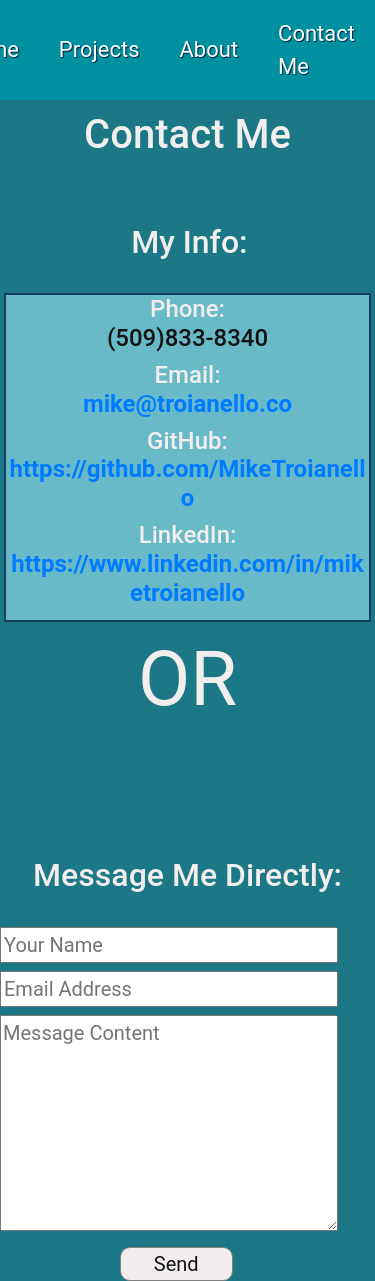
Repository: MikeTroianello/troianello
Page: /contact
These files come from the project's save history. The page is drawn as it stood at one moment and after the next save; the edit follows.
The browser window is 375 px wide. The pictures show the whole page.
The project was rebuilt for these pictures with package versions that can differ from the ones it lists, and the page was loaded fresh each time. Also part of the build but not shown: src/components/context-sensitive/Greet.js, src/components/locations/Home.js, src/components/locations/About/About.css, src/components/locations/About/AboutMobile.css, src/components/locations/About/About.js, src/components/cards/RainbowDay.js, src/components/cards/CanvasBubbles.js, src/components/cards/projectCard.css and 4 more.

Above is the page before, as saved 2019-08-02 18:19:56.

### public/index.html
<!DOCTYPE html>
<html lang="en">
  <head>
    <meta charset="utf-8" />
    <link rel="shortcut icon" href="%PUBLIC_URL%/favicon.ico" />
    <meta name="viewport" content="width=device-width, initial-scale=1" />
    <meta name="theme-color" content="#000000" />
    <!--
      manifest.json provides metadata used when your web app is installed on a
      user's mobile device or desktop. See https://developers.google.com/web/fundamentals/web-app-manifest/
    -->
    <link rel="manifest" href="%PUBLIC_URL%/manifest.json" />
    <!--
      Notice the use of %PUBLIC_URL% in the tags above.
      It will be replaced with the URL of the `public` folder during the build.
      Only files inside the `public` folder can be referenced from the HTML.

      Unlike "/favicon.ico" or "favicon.ico", "%PUBLIC_URL%/favicon.ico" will
      work correctly both with client-side routing and a non-root public URL.
      Learn how to configure a non-root public URL by running `npm run build`.
    -->
    <title>MIKE TROIANELLO</title>
  </head>
  <body>
    <noscript>You need to enable JavaScript to run this app.</noscript>
    <div id="root"></div>
  </body>
</html>

### src/App.js
import React, { Component } from 'react';
import { BrowserRouter as Router, Route, Switch } from 'react-router-dom';
import Header from './components/Header';
import Home from './components/locations/Home';
import About from './components/locations/About/About';
import Projects from './components/locations/Projects';
import Contact from './components/locations/Contact/Contact';
import NotFound from './components/locations/NotFound';
import Greet from './components/context-sensitive/Greet.js';
import './App.css';

class App extends Component {
  // state = {
  //   header: '',
  //   hours: new Date().getHours()
  // };

  // componentDidMount() {
  //   window.addEventListener('scroll', this.handleScroll);
  // }

  // componentWillUnmount() {
  //   window.removeEventListener('scroll', this.handleScroll);
  // }

  // handleScroll = event => {
  //   let scrollTop = event.srcElement.body.scrollTop;
  //   console.log(window.scrollY);
  //   // if(window.scrollY > 200 && this.state.header) {
  //   if (window.scrollY < 88) {
  //     this.setState({ header: '' });
  //     console.log(this.state.header);
  //   }
  //   if (window.scrollY > 88 && window.scrollY < 502) {
  //     this.setState({ header: <Greet classname='header-greet' /> });
  //     console.log(this.state.header);
  //   }
  //   if (window.scrollY > 503 && window.scrollY < 1266) {
  //     this.setState({ header: 'My Projects' });
  //     console.log(this.state.header);
  //   }
  //   if (window.scrollY > 1267) {
  //     this.setState({ header: 'About Me' });
  //     console.log(this.state.header);
  //   }
  // };

  render() {
    return (
      <div className='App'>
        <Router>
          {/* <Header showHeader={this.state.header} /> */}
          <Header />
          <div>
            <Switch>
              <Route exact path='/' component={Home} />
              <Route exact path='/about' component={About} />
              <Route exact path='/projects' component={Projects} />
              <Route exact path='/contact' component={Contact} />
              <Route component={NotFound} />
            </Switch>
          </div>
        </Router>
      </div>
    );
  }
}

export default App;

### src/components/Header.js
import React, { Component } from 'react';
import { Link } from 'react-router-dom';
import Greet from '../components/context-sensitive/Greet.js';

export default class Header extends Component {
  render() {
    // let headerClass = this.props.showHeader ? 'header' : 'header transition';
    // if(this.props.showHeader == "time"){
    //   this.props.showHeader = <Greet/>
    // }
    /* <div className={headerClass}> */
    return (
      <div className='header'>
        <div className='links'>
          {/* <div className='logo'>
            <Link to='/'>Mt</Link>
          </div> */}
          <Link to='/' className='logo-2'>
            <h1 className='mt-logo'>Mt</h1>
          </Link>
          <div>{this.props.showHeader}</div>

          <div className='individual-link'>
            <Link to='/'>Home</Link>
          </div>
          <div className='individual-link'>
            <Link to='/projects'>Projects</Link>
          </div>
          <div className='individual-link'>
            <Link to='/about'>About</Link>
          </div>
          <div className='individual-link test'>
            <Link to='/contact'>Contact Me</Link>
          </div>
        </div>
      </div>
    );
  }
}

### src/components/locations/Contact/Contact.js
import React from 'react';
import './Contact.css';
import './ContactMobile.css';

export default function Contact() {
  return (
    <div className='contact-page'>
      <h1 className='contact-center'>Contact Me</h1>
      <div className='row'>
        <div className='col-sm-5 contact-side-one'>
          <h2 className='contact-center-one'>My Info:</h2>
          <div className='contact-side-one-box'>
            <h3>
              Phone:
              <br />
              <span className='contact-number'>(509)833-8340</span>
            </h3>
            <h3>
              <h3>
                Email:
                <br />
                <strong>
                  <a
                    href='mailto:mike@troianello.co'
                    target='_blank'
                    rel='noopener noreferrer'
                  >
                    mike@troianello.co
                  </a>
                </strong>
              </h3>
              GitHub:
              <br />
              <strong>
                <a
                  href='https://github.com/MikeTroianello'
                  target='_blank'
                  rel='noopener noreferrer'
                >
                  https://github.com/MikeTroianello
                </a>
                <br />
              </strong>
            </h3>
            <h3>
              LinkedIn: <br />
              <strong>
                <a
                  href='https://www.linkedin.com/in/miketroianello'
                  target='_blank'
                  rel='noopener noreferrer'
                >
                  https://www.linkedin.com/in/miketroianello
                </a>
              </strong>
            </h3>
          </div>
        </div>
        <div className='col-sm-2 or'>OR</div>
        <div className='col-sm-5 contact-side-two'>
          <h2 className='contact-center-two'>Message Me Directly:</h2>
          <form
            className='contact-message'
            action='https://formspree.io/mike@troianello.co'
            method='POST'
          >
            <label>
              <input
                type='name'
                name='name'
                className='contact-message-input'
                placeholder='Your Name'
              />
            </label>
            <label>
              <input
                type='email'
                name='email'
                className='contact-message-input'
                placeholder='Email Address'
              />
            </label>
            <label>
              <textarea
                rows='7'
                name='content'
                className='contact-message-input'
                placeholder='Message Content'
              />
            </label>
            <button className='contact-button'>Send</button>
          </form>
        </div>
      </div>
    </div>
  );
}

### src/App.css
:root {
  --off-black: #131313;
  --off-white: #f2eeee;
}

.App {
  font-family: 'roboto';
}
@import url('https://fonts.googleapis.com/css?family=Chivo&display=swap');
@import url('https://fonts.googleapis.com/css?family=Roboto&display=swap');
@import url('https://fonts.googleapis.com/css?family=Exo+2:800&display=swap');

.App-header {
  background-color: #282c34;
  min-height: 100vh;
  display: flex;
  flex-direction: column;
  /* align-items: center; */
  justify-content: center;
  font-size: calc(10px + 2vmin);
  /* color: white; */
}

/* .App-link {
  color: #61dafb;
} */

body {
  padding-top: 47px;
}

div {
  font-size: 20px;
}

p {
  margin-left: 4em;
  color: var(--off-black);
}

/* HEADER */

.header {
  background-color: #0091a0;
  /* background-color: #192e6c; */
  overflow: hidden;
  position: fixed;
  top: 0;
  width: 100%;
  height: 100px;
  z-index: 1;
  transition: all 0.5s;
}

.header.transition {
  transition: all 0.5s;
}

.header a {
  text-decoration: none;
  font-family: 'roboto';
  color: white;
  text-shadow: 1px 1px 1px #002145;
  font-size: 1.1em;
}

/* HOME PAGE */

/* .home-bg {
  height: 300vh;
} */

.link {
  margin-left: 15em;
}

.link a {
  color: var(--off-white);
  background-color: #0091a0;
  border-style: solid;
  border-color: #a2d7dc;
  border-width: 2px;
  font-size: 1.75em;
  padding: 0.5em;
  /* border-radius: 5px; */
}

.home-top {
  background-color: #0091a0;
  height: 65vh;
  width: 100%;
  transform: skewY(-5deg);
  margin-top: -5vh;
  padding: 0;
}

.home-top h1 {
  text-align: center;
  color: var(--off-white);
  font-size: 5em;
  padding-left: 0.6em;
  padding-top: 0.8em;
  margin-bottom: 0;
  padding-bottom: 0;
  transform: skewY(5deg);
  text-shadow: 1px 1px 1px #007783;
}

.home-top h2 {
  text-align: center;
  color: var(--off-white);
  padding-left: 0.6em;
  margin-bottom: 0;
  padding-bottom: 0;
  transform: skewY(5deg);
  text-shadow: 1px 1px 1px #007783;
}

.home-typewriter-setup {
  /* position: relative;
    width: 29em;
    margin: 0 auto;
    text-align: center;
    white-space: nowrap;
    overflow: hidden; */
  position: relative;
  width: 24em;
  margin: 10vh auto;
  border-right: 3px solid rgba(255, 255, 255, 0.75);
  font-size: 180%;
  text-align: center;
  white-space: nowrap;
  overflow: hidden;
}

.home-typewriter-animation {
  animation: typewriter 4s steps(65) 1s 1 normal both,
    blinkTextCursor 1000ms steps(40) infinite normal;
}

@keyframes typewriter {
  from {
    width: 0;
  }
  to {
    width: 29.5em;
  }
}
@keyframes blinkTextCursor {
  from {
    border-right-color: rgba(255, 255, 255, 0.75);
  }
  to {
    border-right-color: transparent;
  }
}

.home-fade1 {
  height: 2vh;
  width: 100%;
  background-color: #a2d7dc;
  transform: skewY(-5deg);
  margin-top: -1vh;
}

.home-fade2 {
  height: 1vh;
  width: 100%;
  background-color: #e1e3e5;
  /* margin-top: -1vh; */
}

.home-about {
  height: 105vh;
  background: url('./components/images/pics/album-pics/thumbnail-3.jpg')
    no-repeat;
  background-size: 100% auto;
  background-position: 0 -30vh;
  /* background-repeat: no-repeat; */
  /* background-color: #909a9f; */
}

.home-about h1 {
  color: var(--off-white);
  font-size: 4.25em;
  margin-left: 1.25em;
}

.home-projects {
  font-size: 2em;
  padding-top: 1em;
  height: 110vh;
}

.home-projects h1 {
  color: var(--off-black);
  font-size: 2em;
  text-align: center;
}

.home-album-text {
  mix-blend-mode: difference;

  /* mix-blend-mode: exclusion; */
}

.home-contact {
  height: 50vh;
}

.home-contact h1 {
  font-size: 4.5em;
  margin-left: 1em;
  color: var(--off-white);
}

/* PROJECTS PAGE */

.projects {
  background-color: #1c7787;
  color: var(--off-white);
  /* height: 104vh; */
  /* margin-top: -3em; */
  padding-top: 3em;
  overflow: hidden;
  min-height: 97.45vh;
}

.project-box {
  display: flex;
  flex-wrap: wrap;
  justify-content: space-around;
  text-decoration: none;
  /* margin: 1vh 0; */
}

/* .project-box :hover {
  background: rgba(0, 0, 0, 1);
} */

.projects-title {
  text-align: center;
}

.projects-technologies {
  padding: 10vh 0 0 1.33vw;
  background-color: #1c7787;
  border-right: 1.5px solid black;
}

/* COLOR SCHEME REMAINING CLASSES DON'T DELETE YET!!!! */

/* .container-fluid {
  height: 500px;
} */

/* .row {
  height: 500px;
} */

.links {
  display: flex;
  justify-content: flex-end;
  align-items: center;
}

.individual-link {
  margin: 0 1em;
}

/* logo */

.logo {
  color: white;
  padding: 1px 6px;
  font-size: 1.35em;
  font-weight: bold;
  border-style: solid;
  border-color: White;
  border-width: 2px;
  margin: 20px auto 20px 15px;
}

.logo-2 {
  color: white;
  padding: 1px 6px 0;
  font-weight: bold;
  border-style: solid;
  border-color: White;
  border-width: 2px;
  margin: 20px auto 20px 15px;
}

.mt-logo {
  margin: 3px 0;
}

.react {
  animation-name: spin;
  animation-duration: 35s;
  animation-iteration-count: infinite;
  animation-timing-function: linear;
}

@keyframes spin {
  from {
    transform: rotate(0deg);
  }
  to {
    transform: rotate(360deg);
  }
}

/* table,
th,
td {
  border: 2px solid black;
}

td {
  font-size: 2em;
} */

### src/components/locations/Contact/Contact.css
.contact-page {
  background-color: #1c7787;
  color: var(--off-white);
  /* height: 101.8vh; HERE */
  min-height: 101.8vh;
  overflow: hidden;
  margin-top: -3em;
  padding-top: 3em;
}

.contact-page h1 {
  margin: 8vh;
}

/* .contact-side-one {
  } */

.contact-side-one-box {
  border: 2px solid #113f5e;
  background-color: rgba(137, 215, 229, 0.7);
  text-align: center;
  margin-left: 1vw;
  margin-right: 1vw;
  padding-bottom: 5px;
  word-wrap: break-word;
}

.contact-number {
  color: var(--off-black);
}

.contact-center {
  text-align: center;
  margin-bottom: 4vh;
}

.contact-center-one {
  text-align: center;
  margin-bottom: 4vh;
  margin-left: 1vw;
}

.contact-center-two {
  text-align: center;
  margin-bottom: 4vh;
}

.or {
  margin-bottom: 15vh;
  display: flex;
  justify-content: center;
  align-items: center;
  font-size: 3.8em;
  color: var(--off-white);
}

/* .contact-side-two{
    display: flex;
  } */

.contact-message {
  flex-direction: column;
  /* align-items:center; */
  display: flex;
}

.contact-message-input {
  width: 90%;
}

.contact-button {
  width: 30%;
  border: 1px solid gray;
  border-radius: 10px;
  color: var(--off-black);
  background: var(--off-white);
  margin-left: 32%;
}

### src/components/locations/Contact/ContactMobile.css
@media (max-width: 425px) {
  .contact-page {
    min-height: 101.8vh;
    overflow: hidden;
    margin-top: -3em;
    padding-top: 3em;
  }

  .contact-page h1 {
    margin: 8vh;
  }

  .contact-page h3 {
    font-size: 1.5rem;
  }

  /* .contact-side-one {
  } */

  .contact-side-one-box {
    border: 2px solid #113f5e;
    background-color: rgba(137, 215, 229, 0.7);
    text-align: center;
    margin-left: 1vw;
    margin-right: 1vw;
    padding-bottom: 5px;
    word-wrap: break-word;
  }

  .contact-number {
    color: var(--off-black);
  }

  .contact-center {
    text-align: center;
    margin-bottom: 4vh;
  }

  .contact-center-one {
    text-align: center;
    margin-bottom: 4vh;
    margin-left: 1vw;
  }

  .contact-center-two {
    text-align: center;
    margin-bottom: 4vh;
  }

  .or {
    margin-bottom: 15vh;
    display: flex;
    justify-content: center;
    align-items: center;
    font-size: 3.8em;
    color: var(--off-white);
  }

  /* .contact-side-two{
    display: flex;
  } */

  .contact-message {
    flex-direction: column;
    /* align-items:center; */
    display: flex;
  }

  .contact-message-input {
    width: 90%;
  }

  .contact-button {
    width: 30%;
    border: 1px solid gray;
    border-radius: 10px;
    color: var(--off-black);
    background: var(--off-white);
    margin-left: 32%;
  }
}

Loaded but not shown: src/index.js (common file); src/index.css (common file); src/serviceWorker.js (common file)

After the next save:
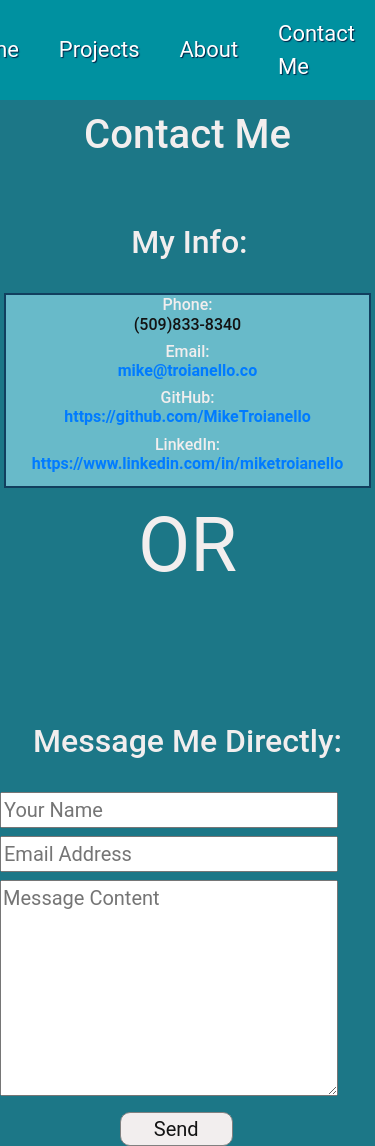
Saved 12 s later.
--- a/src/components/locations/Contact/ContactMobile.css
+++ b/src/components/locations/Contact/ContactMobile.css
@@ -11,7 +11,7 @@
   }
 
   .contact-page h3 {
-    font-size: 1.5rem;
+    font-size: 1rem;
   }
 
   /* .contact-side-one {
